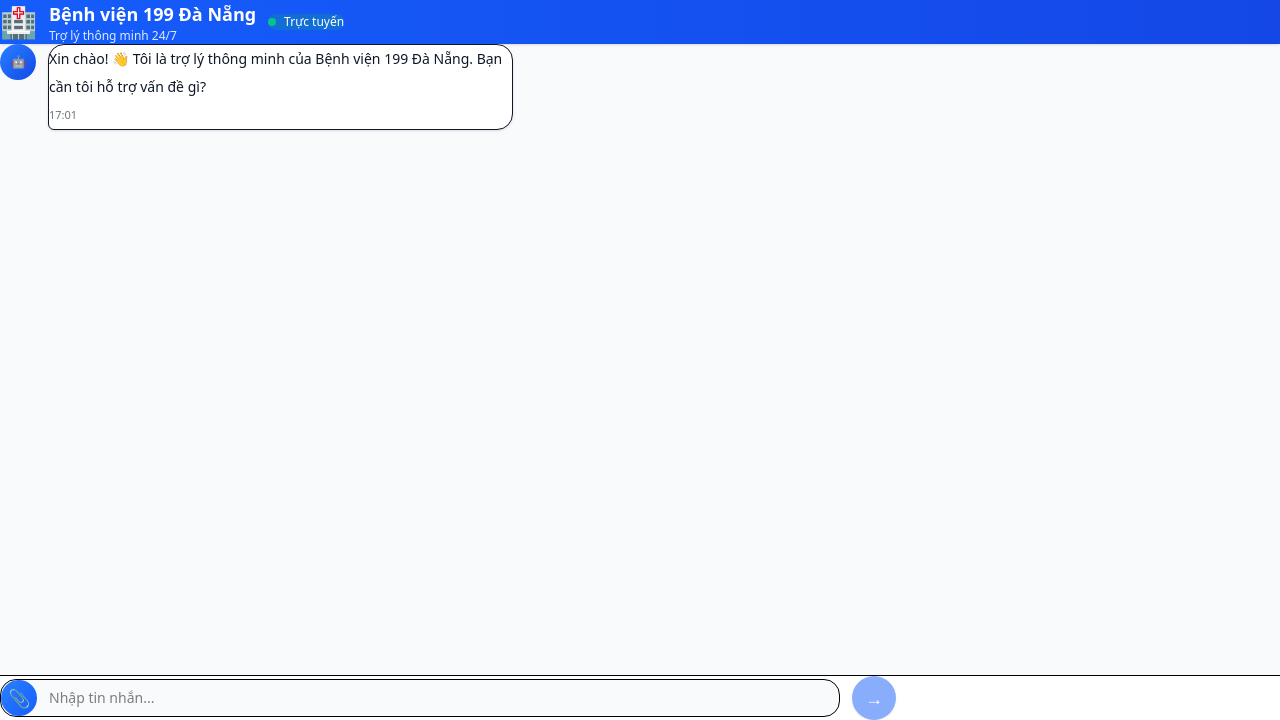
Repository: France2003/B-nh_Vi-n_199
Page: /
These files come from the project's save history. The page is drawn as it stood at one moment and after the next save; the edit follows.
The browser window is 1280 px wide. The pictures show the whole page.
The project was rebuilt for these pictures with package versions that can differ from the ones it lists, and the page was loaded fresh each time. Also part of the build but not shown: vite.config.ts, src/App.css, src/components/FilePreview.tsx.

Above is the page before, as saved 2026-01-10 12:10:29.

### index.html
<!doctype html>
<html lang="en">
  <head>
    <meta charset="UTF-8" />
    <link rel="icon" type="image/svg+xml" href="/vite.svg" />
    <meta name="viewport" content="width=device-width, initial-scale=1.0" />
    <title>chat199</title>
  </head>
  <body>
    <div id="root"></div>
    <script type="module" src="/src/main.tsx"></script>
  </body>
</html>

### src/index.css
@import "tailwindcss";

:root {
  --hospital-50: #f0f7fc;
  --hospital-100: #dceef9;
  --hospital-200: #b9def3;
  --hospital-300: #8fcde9;
  --hospital-400: #5ab9dd;
  --hospital-500: #35a4d0;
  --hospital-600: #2a7bb7;
  --hospital-700: #1e5b8d;
  --hospital-800: #0d4a73;
  --hospital-900: #081f2e;
}

* {
  @apply m-0 p-0 box-border;
}

html,
body {
  @apply h-full w-full;
}

body {
  @apply overflow-hidden;
}

#root {
  @apply h-screen w-screen;
}

/* Scrollbar Styling */
::-webkit-scrollbar {
  @apply w-2 h-2;
}

::-webkit-scrollbar-track {
  @apply bg-transparent;
}

::-webkit-scrollbar-thumb {
  background-color: rgb(13, 74, 115, 0.3);
  border-radius: 4px;
}

::-webkit-scrollbar-thumb:hover {
  background-color: rgb(13, 74, 115, 0.5);
}

/* Custom animations */
@keyframes slideIn {
  from {
    opacity: 0;
    transform: translateY(10px);
  }
  to {
    opacity: 1;
    transform: translateY(0);
  }
}

@keyframes bounce {
  0%, 80%, 100% {
    opacity: 0.5;
    transform: translateY(0);
  }
  40% {
    opacity: 1;
    transform: translateY(-10px);
  }
}

.animate-in {
  animation: slideIn 0.3s ease forwards;
}

.delay-200 {
  animation-delay: 200ms;
}

.delay-400 {
  animation-delay: 400ms;
}

.slide-in-from-bottom-2 {
  --tw-enter-translate-y: 8px;
}

### src/App.tsx
import './App.css'
import { ChatBot } from './components/ChatBot'

function App() {
  return <ChatBot />
}

export default App

### src/components/ChatBot.tsx
import React, { useState, useRef, useEffect } from 'react';
import type { Message, UploadedFile } from '../types';
import { ChatMessage } from './ChatMessage';
import { FileUploader } from './FileUploader';
import { FilePreview } from './FilePreview';

const Container = ({ children }: { children: React.ReactNode }) => (
  <div className="w-full max-w-4xl mx-auto px-4">{children}</div>
);

export const ChatBot: React.FC = () => {
  const [messages, setMessages] = useState<Message[]>([
    {
      id: '1',
      type: 'bot',
      content:
        'Xin chào! 👋 Tôi là trợ lý thông minh của Bệnh viện 199 Đà Nẵng. Bạn cần tôi hỗ trợ vấn đề gì?',
      timestamp: new Date(),
    },
  ]);

  const [uploadedFiles, setUploadedFiles] = useState<UploadedFile[]>([]);
  const [inputValue, setInputValue] = useState('');
  const [isLoading, setIsLoading] = useState(false);
  const messagesEndRef = useRef<HTMLDivElement>(null);

  useEffect(() => {
    messagesEndRef.current?.scrollIntoView({ behavior: 'smooth' });
  }, [messages, isLoading]);

  const handleSendMessage = () => {
    if (!inputValue.trim() && uploadedFiles.length === 0) return;

    const userMessage: Message = {
      id: Date.now().toString(),
      type: 'user',
      content: inputValue,
      timestamp: new Date(),
      files: uploadedFiles.length ? [...uploadedFiles] : undefined,
    };

    setMessages((prev) => [...prev, userMessage]);
    setInputValue('');
    setUploadedFiles([]);
    setIsLoading(true);

    setTimeout(() => {
      setMessages((prev) => [
        ...prev,
        {
          id: (Date.now() + 1).toString(),
          type: 'bot',
          content: '✓ Bệnh viện 199 sẵn sàng hỗ trợ. Bạn cần tôi giúp gì thêm?',
          timestamp: new Date(),
        },
      ]);
      setIsLoading(false);
    }, 800);
  };

  return (
    <div className="flex flex-col h-screen bg-gray-50">
      {/* HEADER */}
      <header className="bg-gradient-to-r from-blue-600 to-blue-700 text-white shadow">
        <Container>
          <div className="flex items-center gap-3 py-4">
            <div className="text-3xl">🏥</div>
            <div>
              <h1 className="text-lg font-semibold">
                Bệnh viện 199 Đà Nẵng
              </h1>
              <p className="text-xs text-blue-100">
                Trợ lý thông minh 24/7
              </p>
            </div>
            <div className="ml-auto flex items-center gap-2 bg-green-500/20 px-3 py-1 rounded-full">
              <span className="w-2 h-2 bg-green-400 rounded-full animate-pulse" />
              <span className="text-xs font-medium">Trực tuyến</span>
            </div>
          </div>
        </Container>
      </header>

      {/* CHAT */}
      <div className="flex-1 overflow-y-auto py-6">
        <Container>
          {messages.map((m) => (
            <ChatMessage key={m.id} message={m} />
          ))}

          {isLoading && (
            <div className="flex gap-3 mb-6">
              <div className="w-9 h-9 rounded-full bg-blue-600 text-white flex items-center justify-center">
                🤖
              </div>
              <div className="bg-white px-4 py-3 rounded-2xl shadow flex gap-1">
                <span className="w-2 h-2 bg-blue-500 rounded-full animate-bounce" />
                <span className="w-2 h-2 bg-blue-500 rounded-full animate-bounce [animation-delay:0.15s]" />
                <span className="w-2 h-2 bg-blue-500 rounded-full animate-bounce [animation-delay:0.3s]" />
              </div>
            </div>
          )}

          <div ref={messagesEndRef} />
        </Container>
      </div>

      {/* INPUT */}
      <div className="border-t bg-white py-4">
        <Container>
          {uploadedFiles.length > 0 && (
            <FilePreview
              files={uploadedFiles}
              onRemove={(id) =>
                setUploadedFiles((f) => f.filter((x) => x.id !== id))
              }
              onDescriptionChange={(id, desc) =>
                setUploadedFiles((f) =>
                  f.map((x) => (x.id === id ? { ...x, description: desc } : x))
                )
              }
            />
          )}

          <div className="flex items-center gap-3 mt-2">
            <div className="flex flex-1 items-center gap-3 px-4 py-3 rounded-2xl border bg-gray-50 focus-within:ring-2 focus-within:ring-blue-500">
              <FileUploader
                onFilesUpload={(f) => setUploadedFiles((p) => [...p, ...f])}
                showLabel={false}
              />
              <input
                value={inputValue}
                onChange={(e) => setInputValue(e.target.value)}
                onKeyDown={(e) => e.key === 'Enter' && handleSendMessage()}
                placeholder="Nhập tin nhắn..."
                className="flex-1 bg-transparent outline-none text-sm"
              />
            </div>

            <button
              onClick={handleSendMessage}
              disabled={!inputValue.trim() && !uploadedFiles.length}
              className="w-11 h-11 rounded-full bg-blue-600 text-white text-lg shadow hover:scale-105 transition disabled:opacity-50"
            >
              →
            </button>
          </div>
        </Container>
      </div>
    </div>
  );
};

### src/components/ChatMessage.tsx
import React from 'react';
import type { Message } from '../types';

export const ChatMessage: React.FC<{ message: Message }> = ({ message }) => {
  const isUser = message.type === 'user';

  return (
    <div className={`flex ${isUser ? 'justify-end' : 'justify-start'} mb-6`}>
      <div className={`flex gap-3 ${isUser ? 'flex-row-reverse' : ''} max-w-full`}>
        {/* AVATAR */}
        <div
          className={`w-9 h-9 shrink-0 rounded-full flex items-center justify-center text-xs font-medium
            ${isUser
              ? 'bg-blue-600 text-white'
              : 'bg-gradient-to-br from-blue-500 to-blue-700 text-white'
            }`}
        >
          {isUser ? 'Bạn' : '🤖'}
        </div>

        {/* BUBBLE */}
        <div
          className={`
            max-w-[70%]
            px-4 py-3 rounded-2xl
            text-sm leading-7 break-words
            shadow-sm
            ${isUser
              ? 'bg-blue-600 text-white rounded-br-md'
              : 'bg-white border text-gray-900 rounded-bl-md'
            }
          `}
        >
          {message.content}

          <div
            className={`mt-1 text-[11px] opacity-60 ${
              isUser ? 'text-right' : 'text-left'
            }`}
          >
            {message.timestamp.toLocaleTimeString('vi-VN', {
              hour: '2-digit',
              minute: '2-digit',
            })}
          </div>
        </div>
      </div>
    </div>
  );
};

### src/components/FileUploader.tsx
import React, { useState, useRef } from 'react';
import type { UploadedFile } from '../types';

interface FileUploaderProps {
  onFilesUpload: (files: UploadedFile[]) => void;
  showLabel?: boolean;
}

export const FileUploader: React.FC<FileUploaderProps> = ({ onFilesUpload, showLabel = true }) => {
  const [isDragActive, setIsDragActive] = useState(false);
  const fileInputRef = useRef<HTMLInputElement>(null);

  const handleDrag = (e: React.DragEvent) => {
    e.preventDefault();
    e.stopPropagation();
    if (e.type === 'dragenter' || e.type === 'dragover') {
      setIsDragActive(true);
    } else if (e.type === 'dragleave') {
      setIsDragActive(false);
    }
  };

  const processFiles = (files: FileList) => {
    const uploadedFiles: UploadedFile[] = [];

    Array.from(files).forEach((file) => {
      const isImage = file.type.startsWith('image/');
      const uploadedFile: UploadedFile = {
        id: `${Date.now()}-${Math.random()}`,
        name: file.name,
        type: isImage ? 'image' : 'file',
        file,
      };

      if (isImage) {
        const reader = new FileReader();
        reader.onload = (e) => {
          uploadedFile.preview = e.target?.result as string;
        };
        reader.readAsDataURL(file);
      }

      uploadedFiles.push(uploadedFile);
    });

    onFilesUpload(uploadedFiles);
  };

  const handleDrop = (e: React.DragEvent) => {
    e.preventDefault();
    e.stopPropagation();
    setIsDragActive(false);

    if (e.dataTransfer.files && e.dataTransfer.files[0]) {
      processFiles(e.dataTransfer.files);
    }
  };

  const handleChange = (e: React.ChangeEvent<HTMLInputElement>) => {
    if (e.target.files) {
      processFiles(e.target.files);
    }
  };

  if (!showLabel) {
    return (
      <>
        <input
          ref={fileInputRef}
          type="file"
          multiple
          onChange={handleChange}
          accept="image/*,.pdf,.doc,.docx,.xls,.xlsx,.txt"
          className="hidden"
          id="file-upload-input"
        />
        <label
          htmlFor="file-upload-input"
          className="flex items-center justify-center w-9 h-9 rounded-full bg-gradient-to-br from-blue-500 to-blue-600 text-white cursor-pointer hover:shadow-md transition-transform active:scale-95 flex-shrink-0"
          title="Tải file"
          onDragEnter={handleDrag}
          onDragLeave={handleDrag}
          onDragOver={handleDrag}
          onDrop={handleDrop}
        >
          <span className="text-lg">📎</span>
        </label>
      </>
    );
  }

  return (
    <div
      className={`border-2 border-dashed rounded-2xl p-8 text-center transition-all cursor-pointer mb-5 ${
        isDragActive
          ? 'border-blue-500 bg-blue-50 shadow-lg scale-105'
          : 'border-blue-300 bg-blue-50 hover:bg-blue-100 hover:border-blue-400'
      }`}
      onDragEnter={handleDrag}
      onDragLeave={handleDrag}
      onDragOver={handleDrag}
      onDrop={handleDrop}
    >
      <input
        ref={fileInputRef}
        type="file"
        multiple
        onChange={handleChange}
        accept="image/*,.pdf,.doc,.docx,.xls,.xlsx,.txt"
        className="hidden"
      />
      <div className="pointer-events-none">
        <div className="text-4xl mb-3">📁</div>
        <p className="m-0 mb-2 text-base font-bold text-blue-900">Kéo thả file tại đây</p>
        <p className="m-0 text-sm text-blue-600 mb-3">hoặc nhấp để chọn từ máy tính</p>
        <p className="m-0 text-xs text-blue-500">Hỗ trợ: Hình ảnh, PDF, Word, Excel</p>
      </div>
    </div>
  );
};

Loaded but not shown: src/main.tsx (common file)

After the next save:
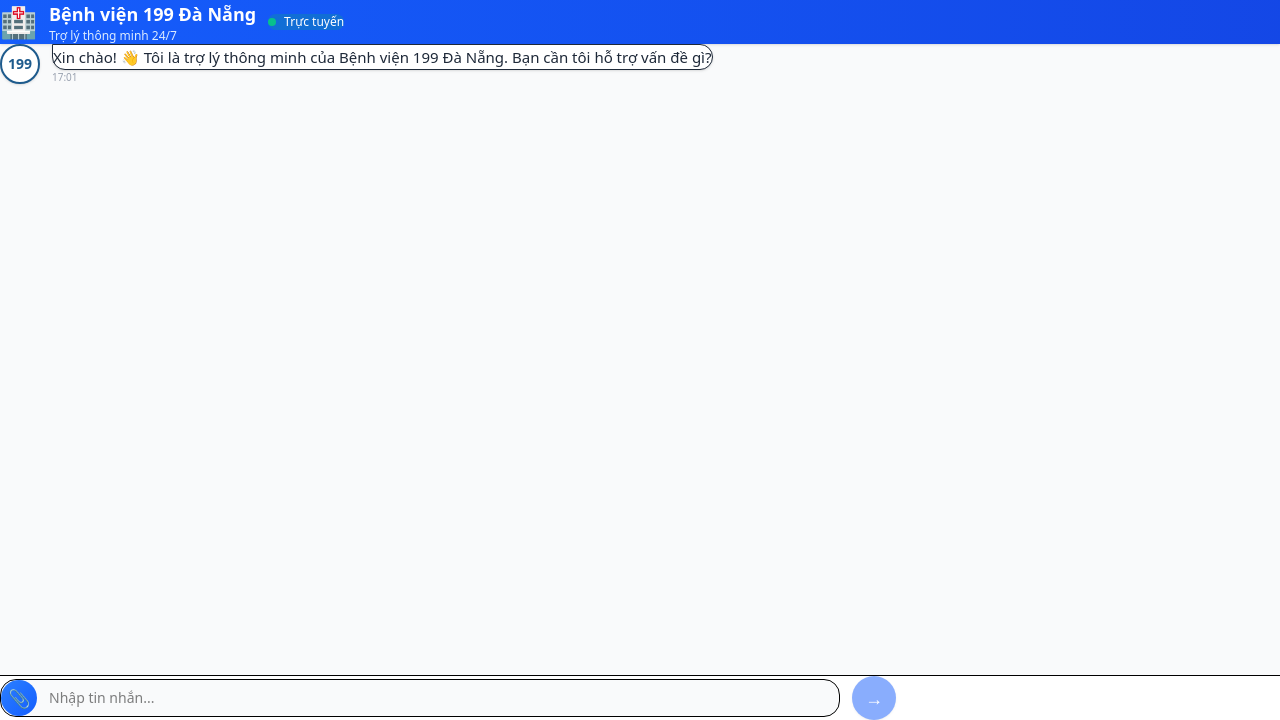
Saved 8 s later.
--- a/src/components/ChatMessage.tsx
+++ b/src/components/ChatMessage.tsx
@@ -5,44 +5,50 @@
   const isUser = message.type === 'user';
 
   return (
-    <div className={`flex ${isUser ? 'justify-end' : 'justify-start'} mb-6`}>
-      <div className={`flex gap-3 ${isUser ? 'flex-row-reverse' : ''} max-w-full`}>
+    <div className={`flex w-full mb-6 ${isUser ? 'justify-end' : 'justify-start'}`}>
+      <div className={`flex gap-3 max-w-[85%] ${isUser ? 'flex-row-reverse' : 'flex-row'}`}>
         {/* AVATAR */}
-        <div
-          className={`w-9 h-9 shrink-0 rounded-full flex items-center justify-center text-xs font-medium
-            ${isUser
-              ? 'bg-blue-600 text-white'
-              : 'bg-gradient-to-br from-blue-500 to-blue-700 text-white'
-            }`}
-        >
-          {isUser ? 'Bạn' : '🤖'}
+        <div className={`w-10 h-10 shrink-0 rounded-full flex items-center justify-center shadow-sm text-sm font-bold
+            ${isUser ? 'bg-[#1e5b8d] text-white' : 'bg-white border-2 border-[#1e5b8d] text-[#1e5b8d]'}`}>
+          {isUser ? 'Bạn' : '199'}
         </div>
 
-        {/* BUBBLE */}
-        <div
-          className={`
-            max-w-[70%]
-            px-4 py-3 rounded-2xl
-            text-sm leading-7 break-words
-            shadow-sm
-            ${isUser
-              ? 'bg-blue-600 text-white rounded-br-md'
-              : 'bg-white border text-gray-900 rounded-bl-md'
-            }
-          `}
-        >
-          {message.content}
+        {/* CONTENT AREA */}
+        <div className={`flex flex-col ${isUser ? 'items-end' : 'items-start'}`}>
+          <div className={`px-4 py-3 rounded-2xl shadow-sm text-[15px] leading-relaxed break-words
+              ${isUser
+              ? 'bg-[#1e5b8d] text-white rounded-tr-none'
+              : 'bg-white border text-gray-800 rounded-tl-none'}`}>
 
-          <div
-            className={`mt-1 text-[11px] opacity-60 ${
-              isUser ? 'text-right' : 'text-left'
-            }`}
-          >
-            {message.timestamp.toLocaleTimeString('vi-VN', {
-              hour: '2-digit',
-              minute: '2-digit',
-            })}
+            {message.content}
+
+            {/* HIỂN THỊ FILE TRONG TIN NHẮN ĐÃ GỬI */}
+            {message.files && message.files.length > 0 && (
+              <div className="mt-3 space-y-2">
+                {message.files.map((file) => (
+                  <div key={file.id} className={`p-2 rounded-lg border ${isUser ? 'bg-white/10 border-white/20' : 'bg-gray-50'}`}>
+                    {file.type === 'image' && file.preview ? (
+                      <img src={file.preview} alt="upload" className="max-w-full rounded-md max-h-60 object-contain" />
+                    ) : (
+                      <div className="flex items-center gap-2 text-xs">
+                        <span>📄</span>
+                        <span className="truncate w-40">{file.name}</span>
+                      </div>
+                    )}
+                    {file.description && (
+                      <p className={`text-[12px] mt-1 italic ${isUser ? 'text-blue-100' : 'text-gray-500'}`}>
+                        Mô tả: {file.description}
+                      </p>
+                    )}
+                  </div>
+                ))}
+              </div>
+            )}
           </div>
+
+          <span className="text-[10px] text-gray-400 mt-1 uppercase font-medium">
+            {message.timestamp.toLocaleTimeString('vi-VN', { hour: '2-digit', minute: '2-digit' })}
+          </span>
         </div>
       </div>
     </div>
